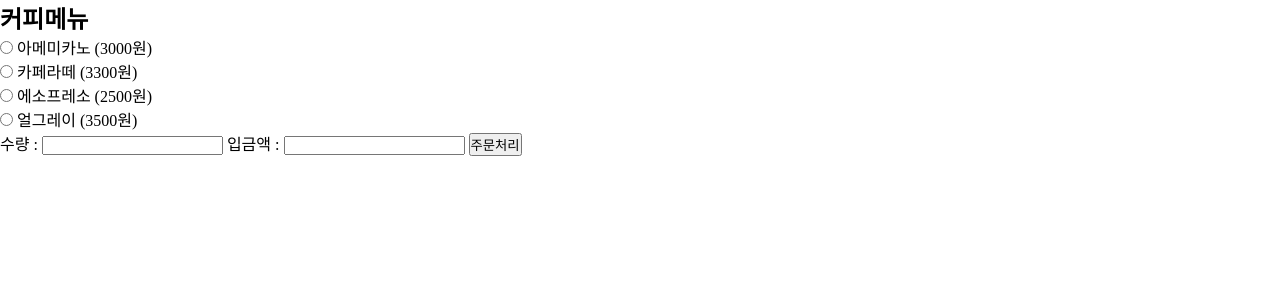
Repository: ohseung-web/OTjsp2026
Page: http://localhost/chapter/coffee/coffee.jsp
These files come from the project's save history. The page is drawn as it stood at one moment and after the next save; the edit follows.
The browser window is 1280 px wide. The pictures show the whole page.
The page is served by Tomcat 9.

Above is the page before, as saved 2026-10-18 06:54:47.

After the next save:
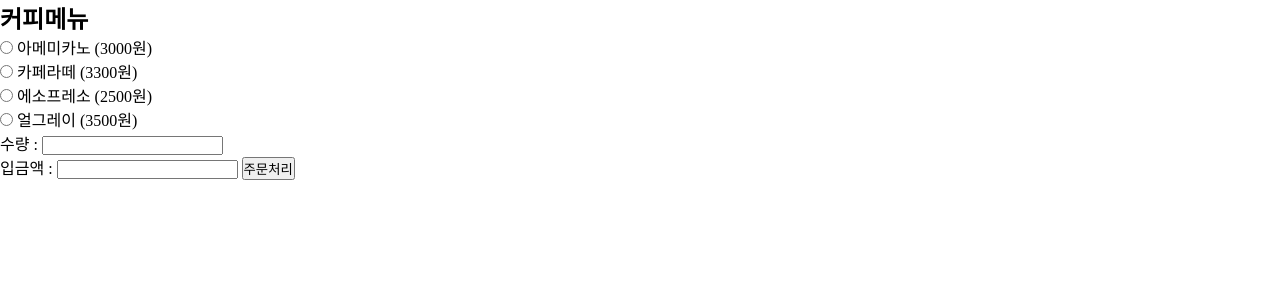
Saved 25 s later.
--- a/chapter/src/main/webapp/coffee/coffee.jsp
+++ b/chapter/src/main/webapp/coffee/coffee.jsp
@@ -39,7 +39,7 @@
 			</li>
 		</ul>
 		<label for="quantity">수량 : </label>
-		<input type="number" id="quantity">
+		<input type="number" id="quantity"><br/>
 		<label for="memoy">입금액 : </label>
 		<input type="number" id="memoy">
 		<input type="submit" value="주문처리">
